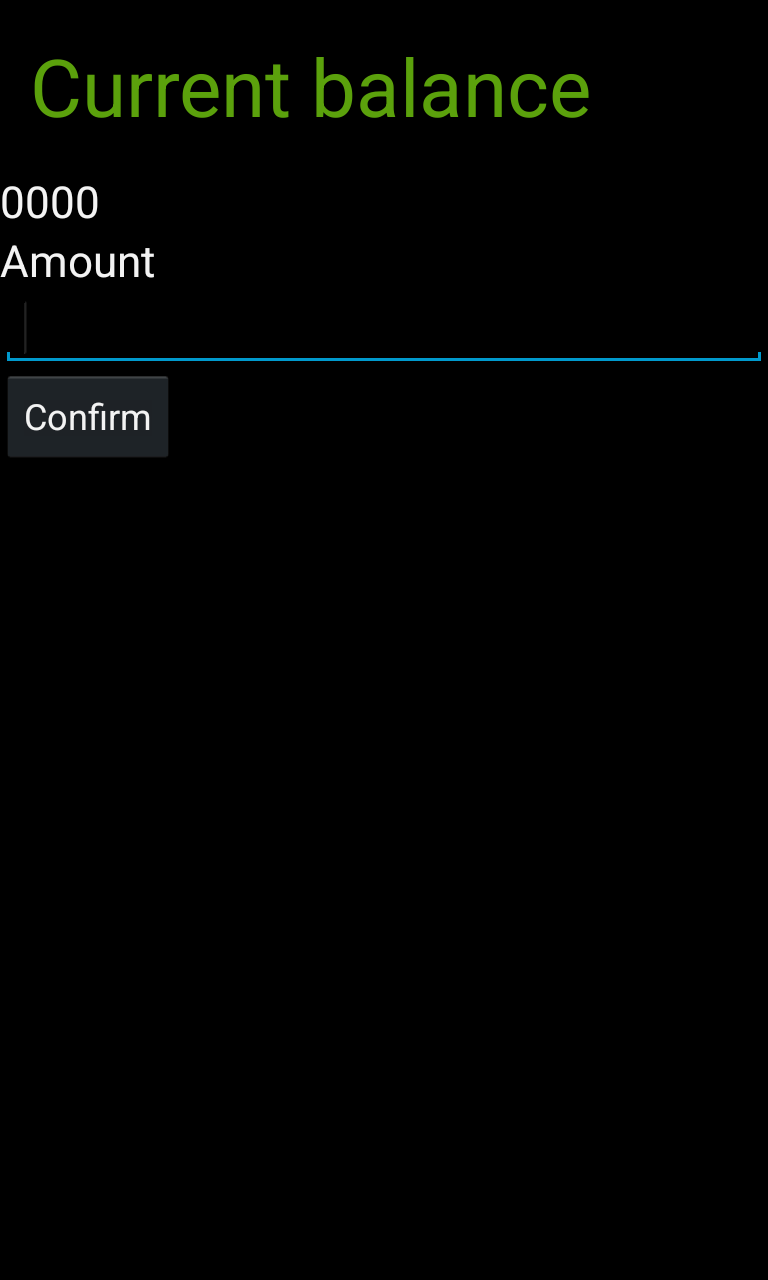
Repository: rrafols/EcoHack
Layout: EcoWalletAndroid/res/layout/payment_layout.xml
The author's editor kept a copy of each file at every save. The layout is drawn from the files as they stood at one save, then again after the next save.
It is drawn on a 768 x 1280 px phone screen (xhdpi) without system bars, with theme android:Theme.Holo; the app's code is not run.

Above is the layout before, as saved 2014-02-23 05:16:50.

After the next save:
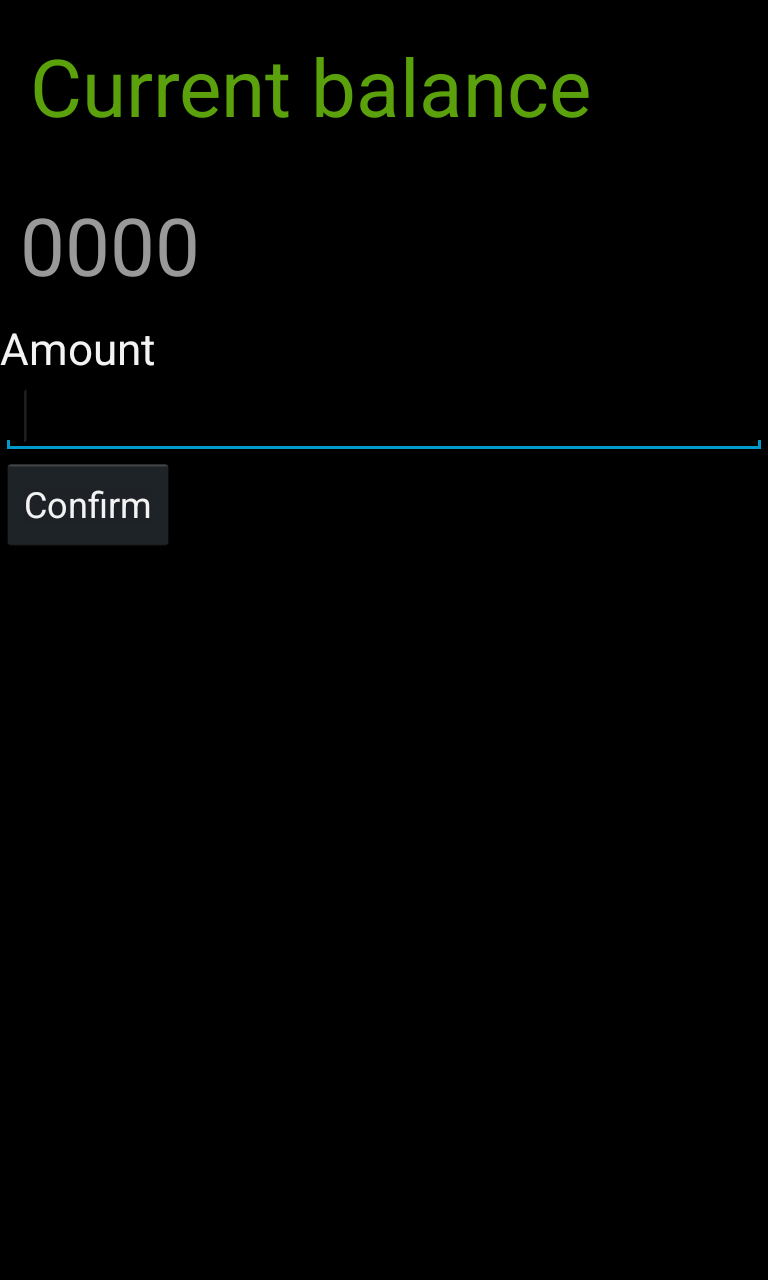
Saved 40 s later.
--- a/EcoWalletAndroid/res/layout/payment_layout.xml
+++ b/EcoWalletAndroid/res/layout/payment_layout.xml
@@ -25,6 +25,9 @@
             android:id="@+id/textViewCurrentBalance"
             android:layout_width="wrap_content"
             android:layout_height="wrap_content"
+            android:padding="10dp"
+            android:textSize="40sp"
+            android:textColor="#999999"
             android:text="0000"
             android:textAppearance="?android:attr/textAppearanceLarge" />
 
